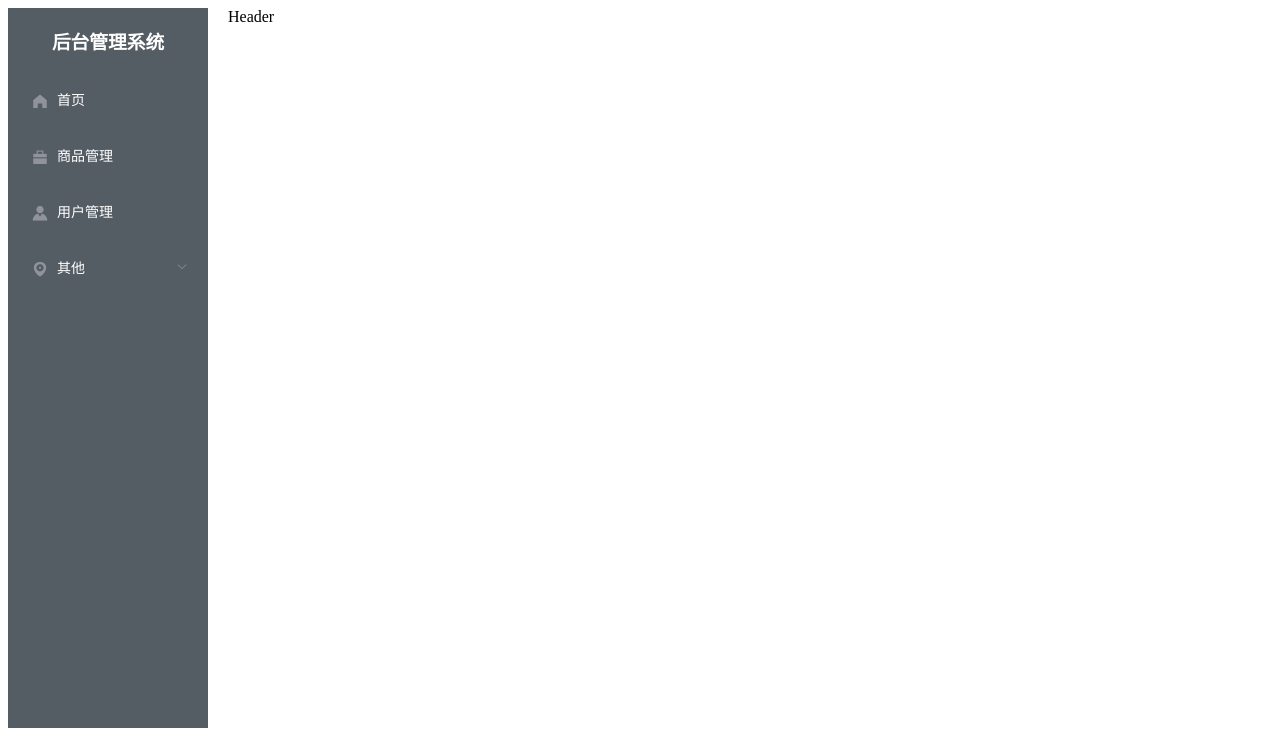
Repository: ldqml/ldqml.github.io
Page: /
These files come from the project's save history. The page is drawn as it stood at one moment and after the next save; the edit follows.
The browser window is 1280 px wide. The pictures show the whole page.
The project was rebuilt for these pictures with package versions that can differ from the ones it lists, and the page was loaded fresh each time. Also part of the build but not shown: vue.config.js, src/views/User.vue, src/views/Home.vue.

Above is the page before, as saved 2022-10-31 17:14:21.

After the next save:
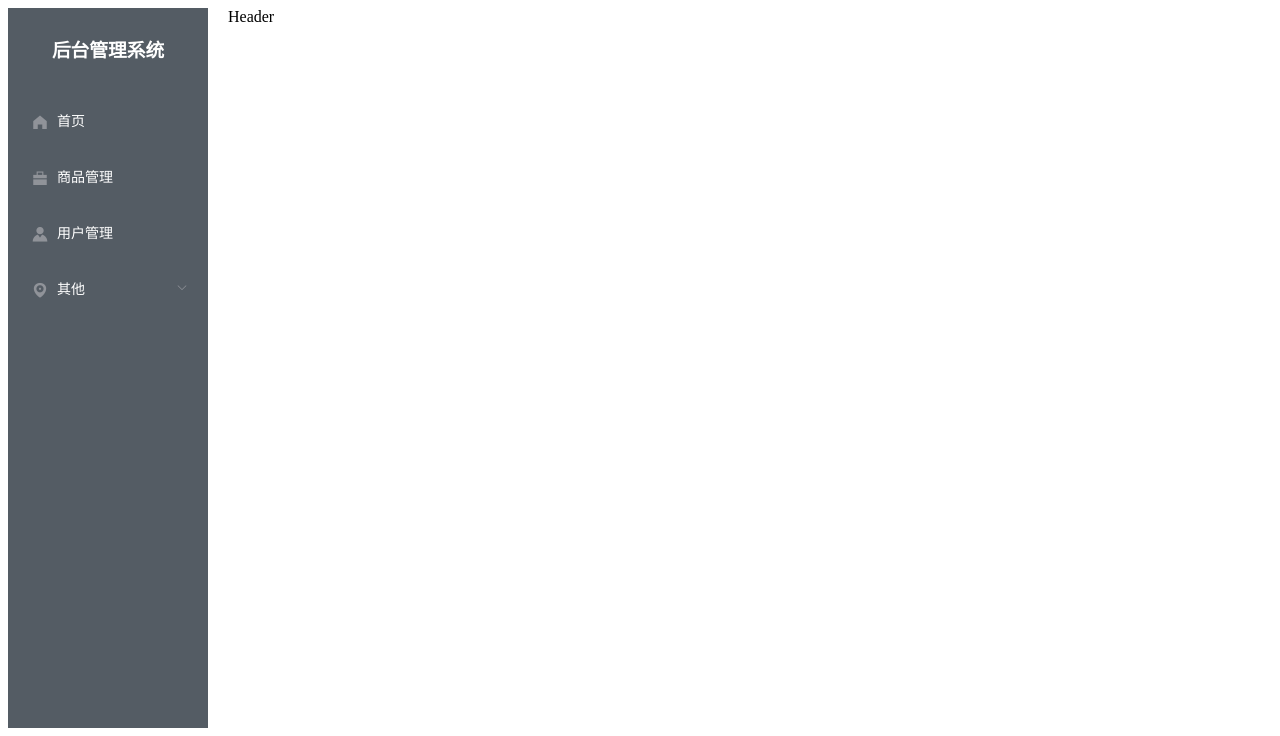
Saved 44 s later.
--- a/src/components/ComAside.vue
+++ b/src/components/ComAside.vue
@@ -36,6 +36,7 @@
   h3{
     color: #fff;
     text-align: center;
+    line-height: 48px;
   }
 }
 </style>
